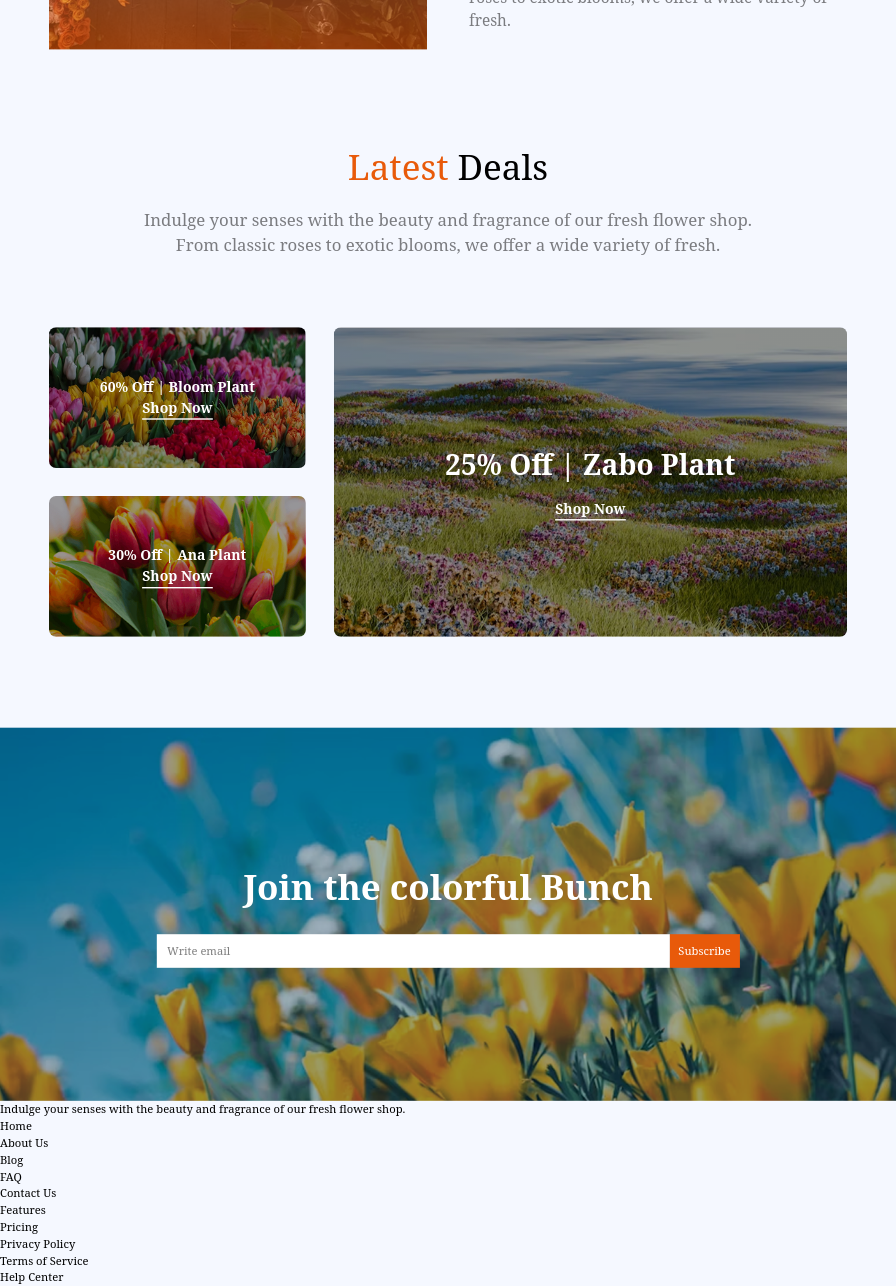
Repository: nahid-hasann/website-7
Page: index.html
The author's editor kept a copy of each file at every save. The page is drawn from the files as they stood at one save, then again after the next save.
The browser window is 1280 px wide. The pictures show the part of the page from y = 2731 to 4651 px (the page is 4568 px tall before and 4651 px after), at 70% of full size.
Some web libraries are served in a nearby version.

Above is the page before, as saved 2025-07-24 21:40:01.

After the next save:
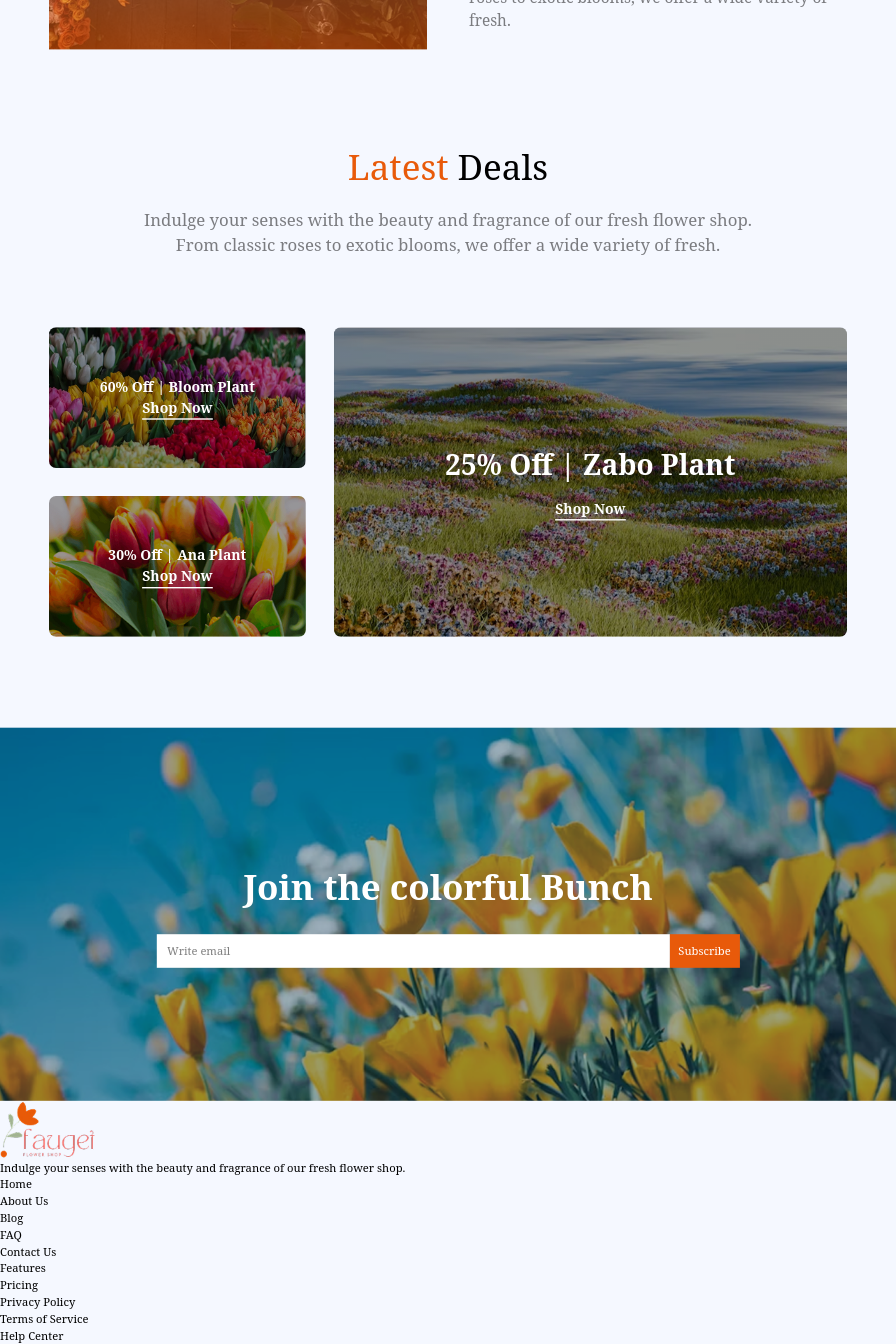
Saved 12 s later.
--- a/index.html
+++ b/index.html
@@ -160,7 +160,7 @@
     <footer>
         <div class="footer-section">
             <div class="footer-left">
-                <img src="" alt="">
+                <img src="assets/logo.png" alt="">
                 <p>Indulge your senses with the beauty and fragrance of our fresh flower shop. </p>
             </div>
             <div class="footer-2nd">
